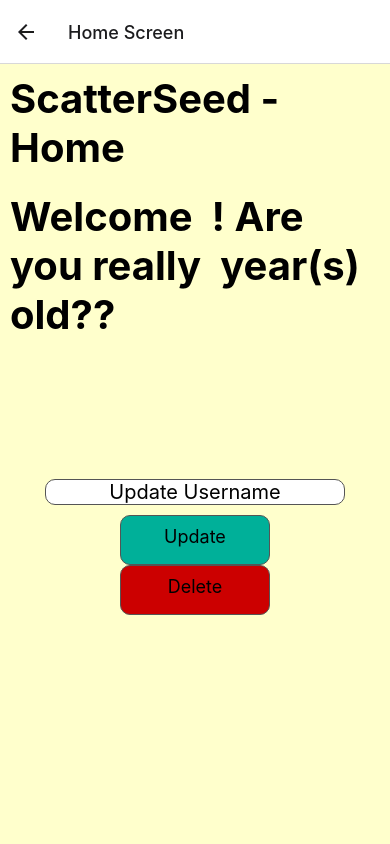
Repository: Curraje/scatter-seed-app
Screen: /Home
The author's editor kept a copy of each file at every save. The screen is drawn from the files as they stood at one save, then again after the next save.
The app was drawn by React Native's web renderer in a window 390 px wide. The project was rebuilt for these pictures with package versions that can differ from the ones it lists, and the page was loaded fresh each time. Some packages were replaced by stand-ins written for this rebuild.

Above is the screen before, as saved 2022-03-07 10:40:32.

After the next save:
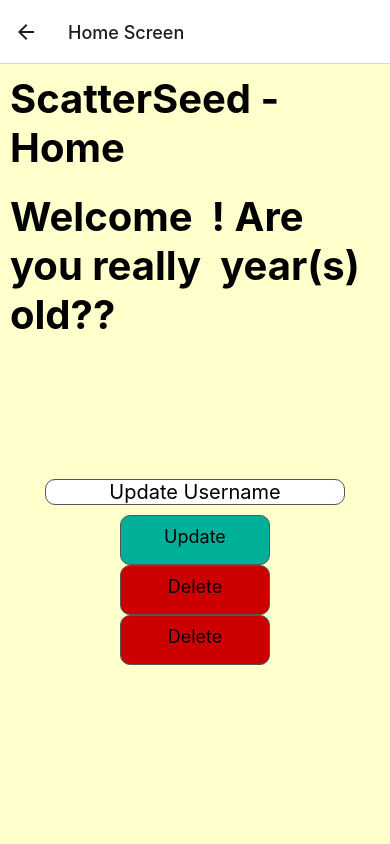
Saved 21 s later.
--- a/src/screens/Home.tsx
+++ b/src/screens/Home.tsx
@@ -79,6 +79,12 @@ export default function Home({ navigation, route }: any) {
         pressed_color="#ffb3b3"
         onPressFunction={removeData}
       />
+      <CustomButton
+        title="Delete"
+        regular_color="#cc0000"
+        pressed_color="#ffb3b3"
+        onPressFunction={removeData}
+      />
     </View>
   );
 }
